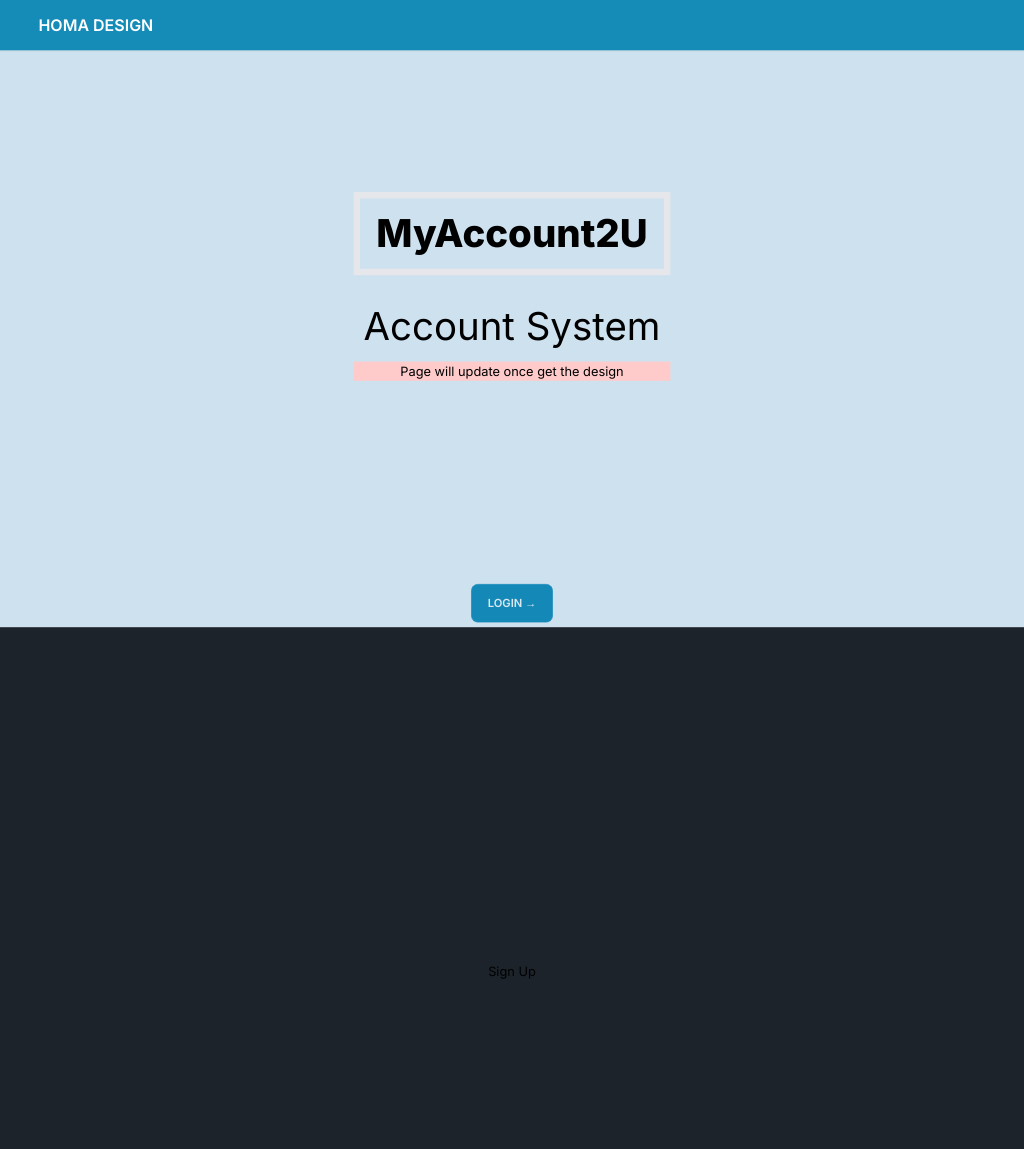
Repository: khairul35/merchant-dashboard
Page: /
An editor plug-in stored every save of this project. The page is shown before and after the next save, followed by the edit.
The browser window is 1280 px wide. The pictures show the whole page, at 80% of full size.
The project was rebuilt for these pictures with package versions that can differ from the ones it lists, and the page was loaded fresh each time. The framework's server and built-in components were replaced by stand-ins that run in the browser. Also part of the build but not shown: next.config.js.

Above is the page before, as saved 2024-01-03 10:24:12.

### app/layout.tsx
import type { Metadata } from 'next'
import { Inter } from 'next/font/google'
import Header from './components/layout/Header';
import './globals.css'

const inter = Inter({ subsets: ['latin'] })

export const metadata: Metadata = {
  title: 'Merchant apps',
  description: 'Merchant web app',
}

export default function RootLayout({
  children,
}: {
  children: React.ReactNode
}) {
  return (
    <html lang="en">
      <body className={inter.className}>
        <div className='flex flex-col h-screen'>
          <Header />
          {children}
        </div>
      </body>
    </html>
  )
}

### app/page.tsx
'use client';

import router from 'next/router';
import Link from 'next/link';

export default function Home() {
  console.log(window.localStorage.getItem('isLogin'))
  if (window.localStorage.getItem('isLogin') == 'true') {
      window.location.href = '/dashboard';
  }
  return (
      <main className="flex min-h-screen flex-col items-center justify-between p-24 bg-bg-color">
        <div>
          <div>
            <h1 className="text-5xl font-extrabold border-8 p-5 text-center items-center mb-10 mt-20">MyAccount2U</h1>
          </div>
          <h1 className="text-5xl text-center items-center">Account System</h1>
          <p className="text-center items-center bg-red-200 mt-5">Page will update once get the design</p>
          <div className="items-center flex justify-center h-full pt-4 mt-10">
            <Link href="/login">
              <button className="btn btn-primary w-full max-w-xs pl-5 pr-5">Login &rarr;</button>
            </Link>
          </div>
          <div className="items-center flex justify-center h-full pt-4">
            <Link href="/login">
              Sign Up
            </Link>
          </div>
        </div>
      </main>
  )
}

### app/components/layout/Header/index.tsx
'use client';

import Link from "next/link";
import { useState, useEffect } from "react";

const Header = () => {


    useEffect(() => {
        if (window.localStorage.getItem('isLogin') == 'true') {
        }
    }, []);


    return (
        localStorage.getItem('isLogin') == 'true' ?
        <div
            className="navbar border-b shadow-black-200"
            style={{ backgroundColor: "#158BB8", color: "#fff" }}
        >
            <h2 className="text-xl font-semibold pl-10">HOMA DESIGN</h2>
        </div>
        :
        <div
            className="navbar border-b shadow-black-200"
            style={{ backgroundColor: "#158BB8", color: "#fff" }}
        >
            <h2 className="text-xl font-semibold pl-10">HOMA DESIGN</h2>
        </div>
    )
};

export default Header;

### tailwind.config.ts
import type { Config } from 'tailwindcss'

const config: Config = {
  content: [
    './pages/**/*.{js,ts,jsx,tsx,mdx}',
    './components/**/*.{js,ts,jsx,tsx,mdx}',
    './app/**/*.{js,ts,jsx,tsx,mdx}',
  ],
  theme: {
    extend: {
      backgroundImage: {
        'gradient-radial': 'radial-gradient(var(--tw-gradient-stops))',
        'gradient-conic':
          'conic-gradient(from 180deg at 50% 50%, var(--tw-gradient-stops))',
      },
      backgroundColor: {
        'bg-color': '#CEE1EE', // Define a custom background color class
      },
      button: {
        'primary': '#158BB8',
      },
      fontWeight: {
        'label': '600',
      },
    },
  },
  plugins: [require("daisyui")],
  daisyui: {
    themes: [
      {
        mytheme: {
          "primary": "#158BB8",
          "secondary": "#d926a9",
          "accent": "#1fb2a6",
          "neutral": "#2a323c",
          "base-100": "#1d232a",
          "info": "#3abff8",
          "success": "#36d399",
          "warning": "#fbbd23",
          "error": "#f87272",
        },
      },
    ],
  },
}
export default config;

Loaded but not shown: app/globals.css (common file)

After the next save:
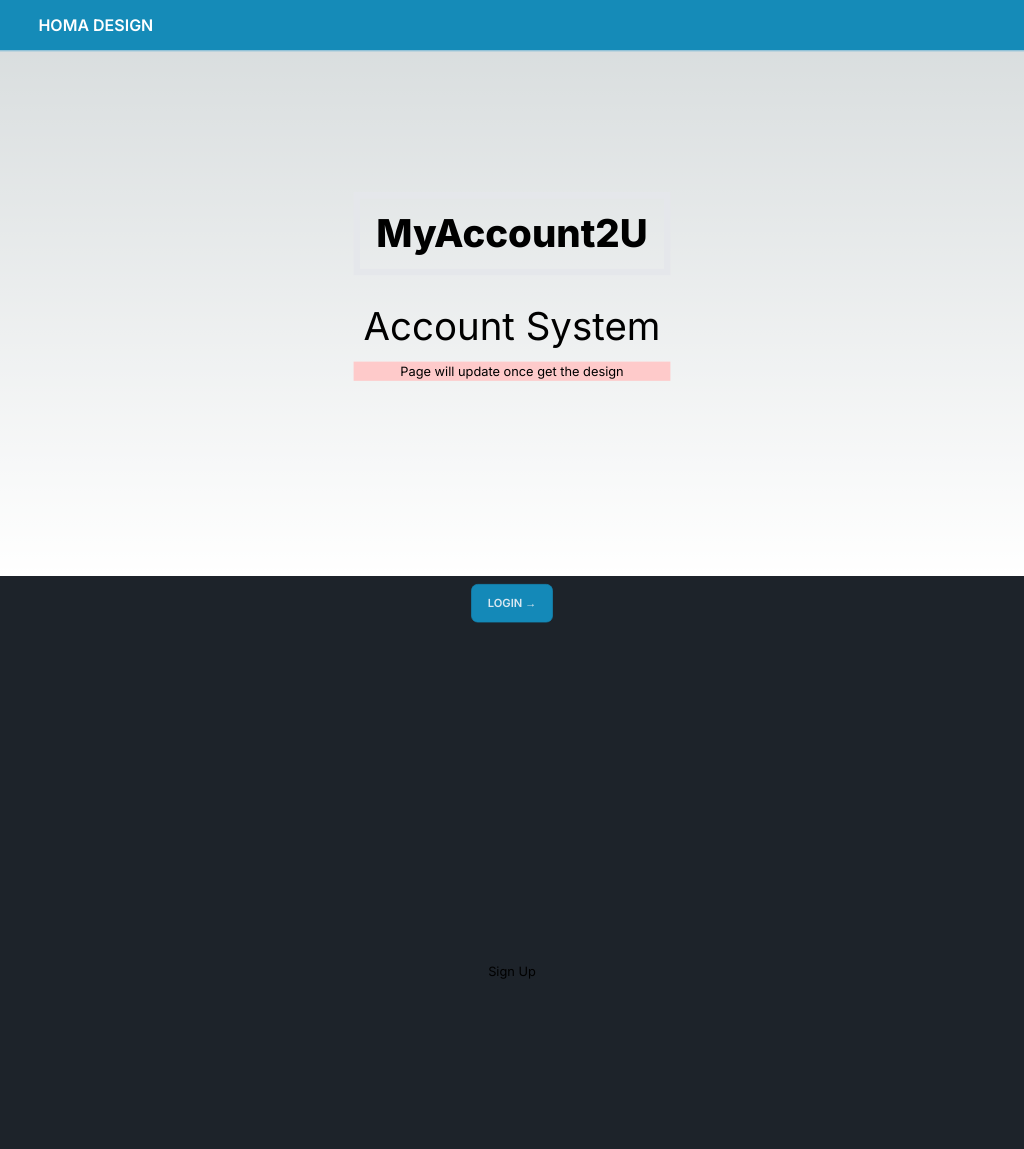
Saved 32 s later.
--- a/app/page.tsx
+++ b/app/page.tsx
@@ -9,7 +9,7 @@
       window.location.href = '/dashboard';
   }
   return (
-      <main className="flex min-h-screen flex-col items-center justify-between p-24 bg-bg-color">
+      <main className="flex min-h-screen flex-col items-center justify-between p-24 bg-pink">
         <div>
           <div>
             <h1 className="text-5xl font-extrabold border-8 p-5 text-center items-center mb-10 mt-20">MyAccount2U</h1>

After the 2 saves that followed:
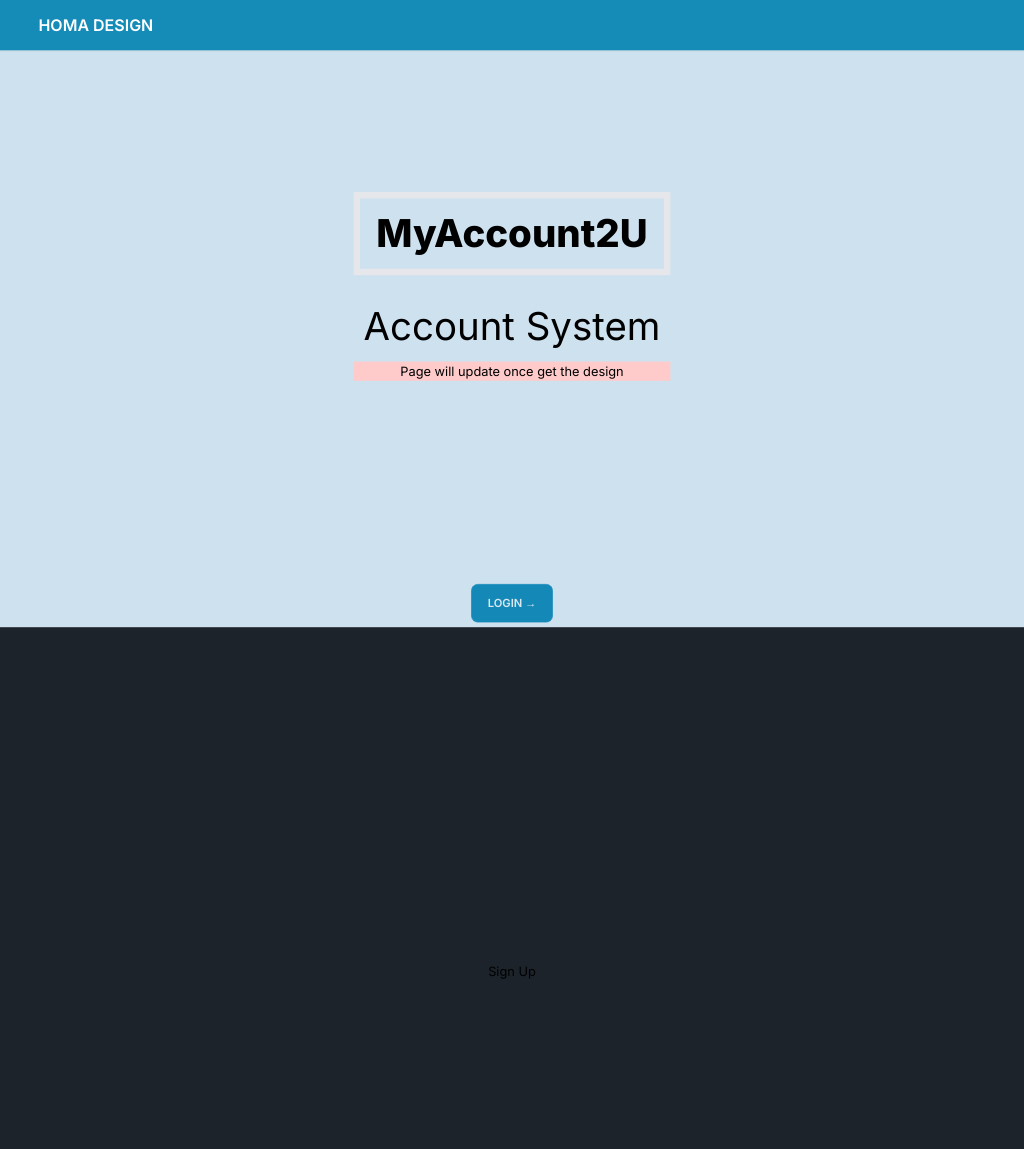
The 2 saves are shown as one change because 1 left the picture as it was.
The last was saved 66 s later.
--- a/app/page.tsx
+++ b/app/page.tsx
@@ -9,7 +9,7 @@
       window.location.href = '/dashboard';
   }
   return (
-      <main className="flex min-h-screen flex-col items-center justify-between p-24 bg-pink">
+      <main className="flex min-h-screen flex-col items-center justify-between p-24 bg-bg-color">
         <div>
           <div>
             <h1 className="text-5xl font-extrabold border-8 p-5 text-center items-center mb-10 mt-20">MyAccount2U</h1>
--- a/tailwind.config.ts
+++ b/tailwind.config.ts
@@ -43,4 +43,4 @@
     ],
   },
 }
-export default config;
+export default config
